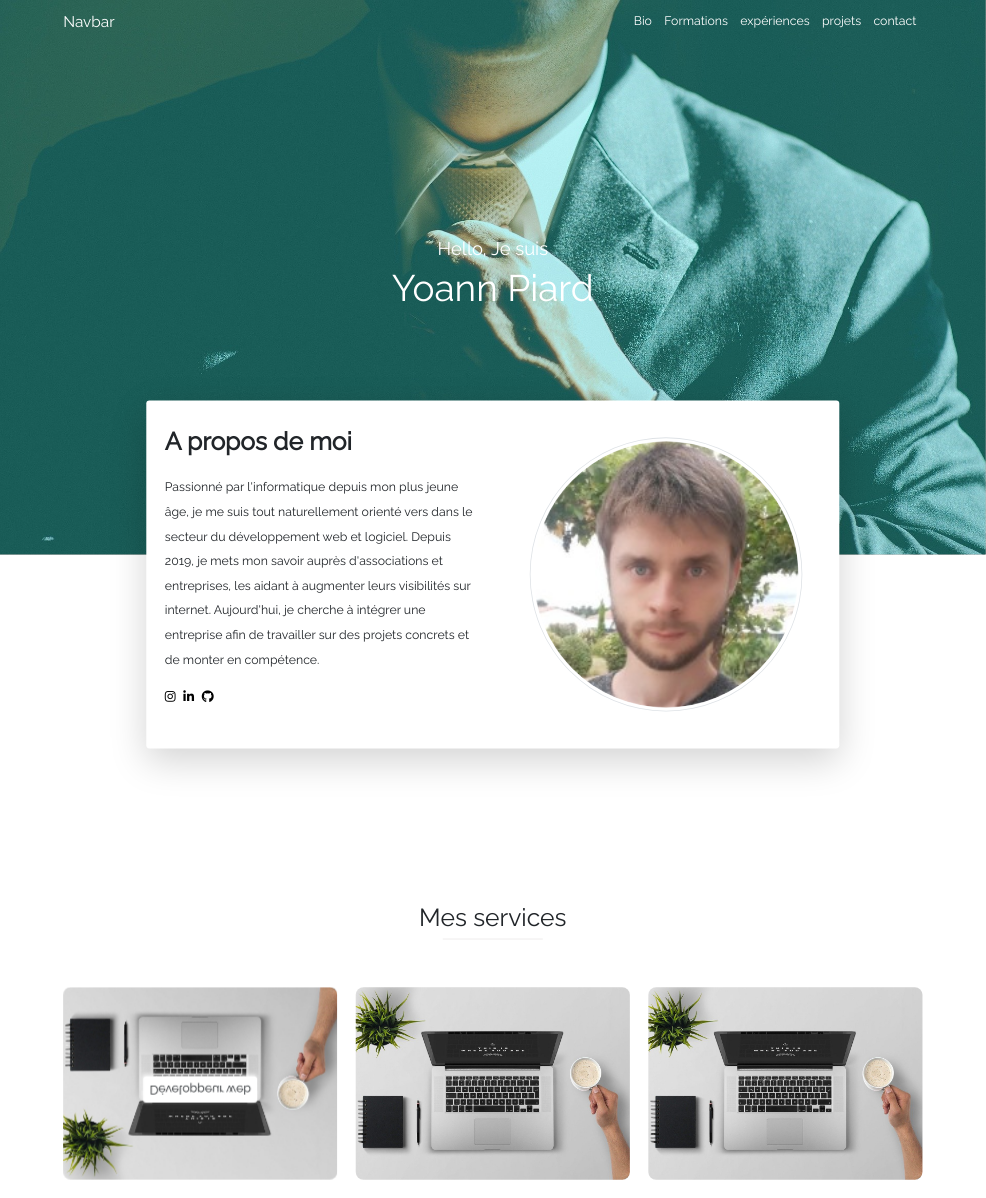
Repository: ypiard85/port-folio-bootstrap-yoann-2021
Page: index.html
An editor plug-in stored every save of this project. The page is shown before and after the next save, followed by the edit.
The browser window is 1280 px wide. The pictures show the whole page, at 77% of full size.
The pointer rests on the first visible `.service_card`.

Above is the page before, as saved 2021-03-09 15:51:05.
Console error: TypeError: window.onload is not a function

After the next save:
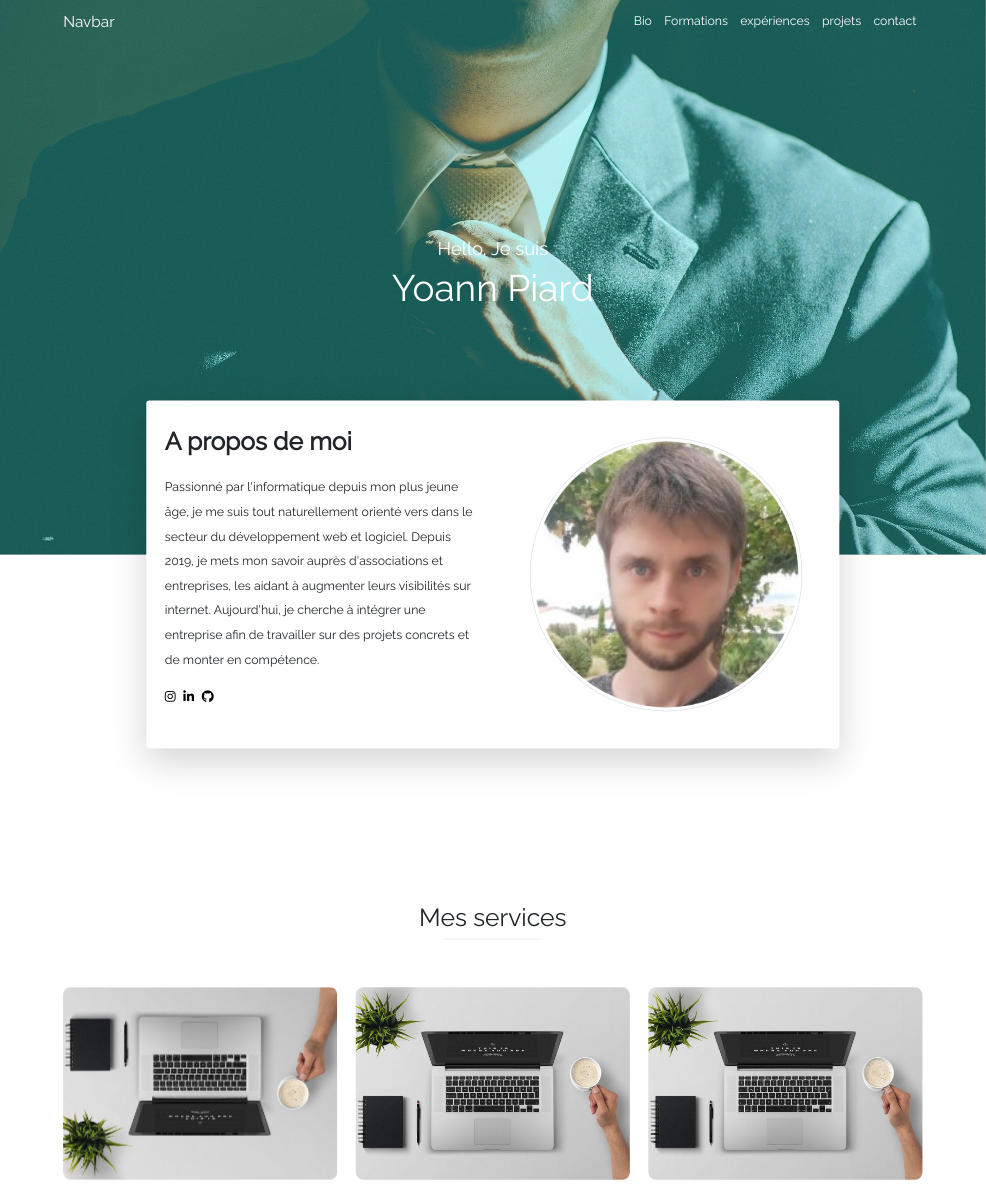
Saved 20 s later.
--- a/resource/style.css
+++ b/resource/style.css
@@ -127,6 +127,6 @@ header h1{
     transform: rotateX(-180deg);
 }
 
-.service_card:hover{
-
+.service_card:hover .service_btn{
+    display: none;
 }
